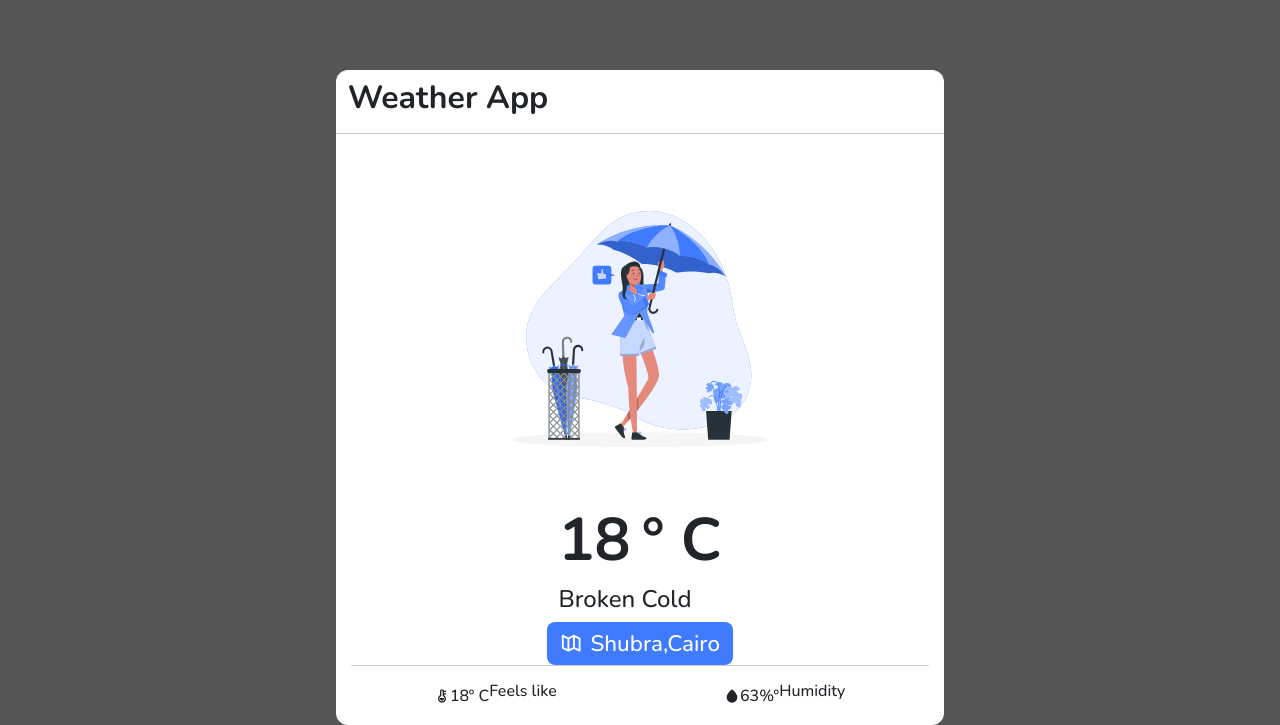
Repository: youssef168/Weather-App
Page: index.htm
These files come from the project's save history. The page is drawn as it stood at one moment and after the next save; the edit follows.
The browser window is 1280 px wide. The pictures show the whole page.

Above is the page before, as saved 2021-12-28 20:27:39.

After the next save:
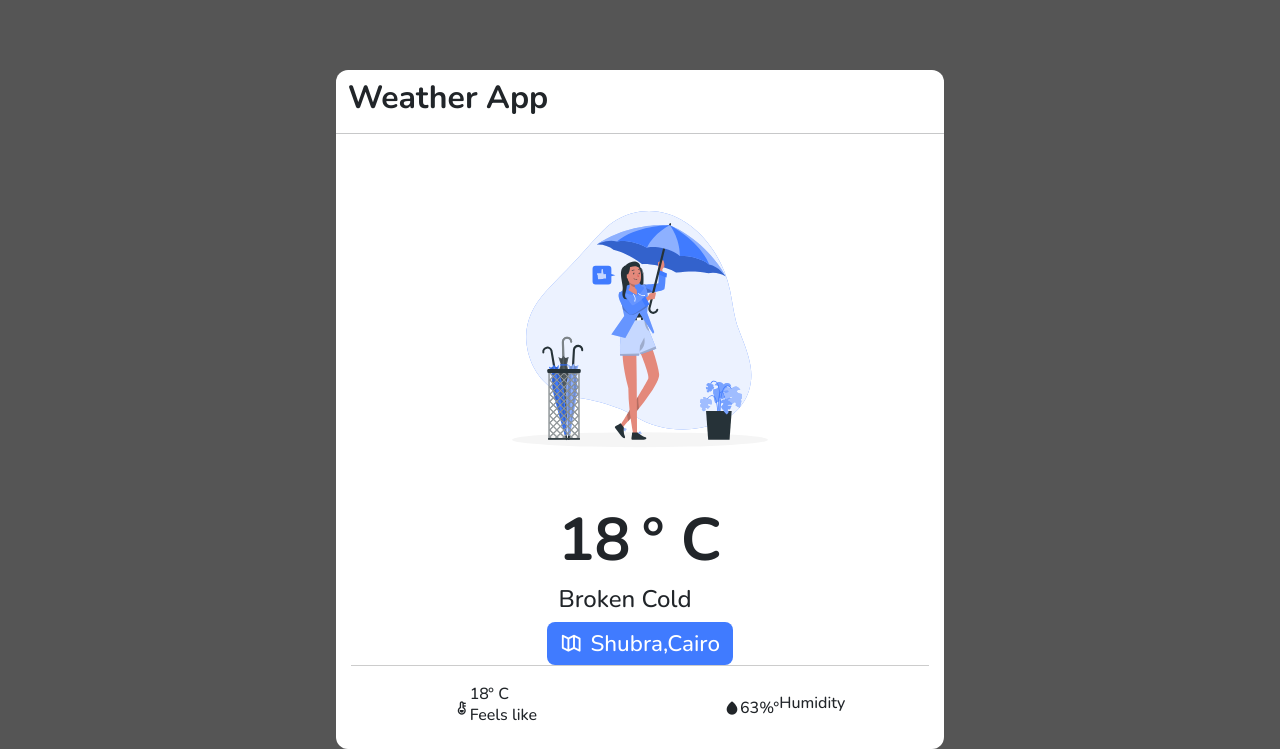
Saved 17 s later.
--- a/index.htm
+++ b/index.htm
@@ -43,8 +43,8 @@
                         <span class="sign-2">
                           C
                         </span>
+                        <h6>Feels like</h6>
                     </div>
-                    <h6>Feels like</h6>
                   </div>
                   <div class="column Humidity">
                     <i class='bx bxs-droplet'></i>
